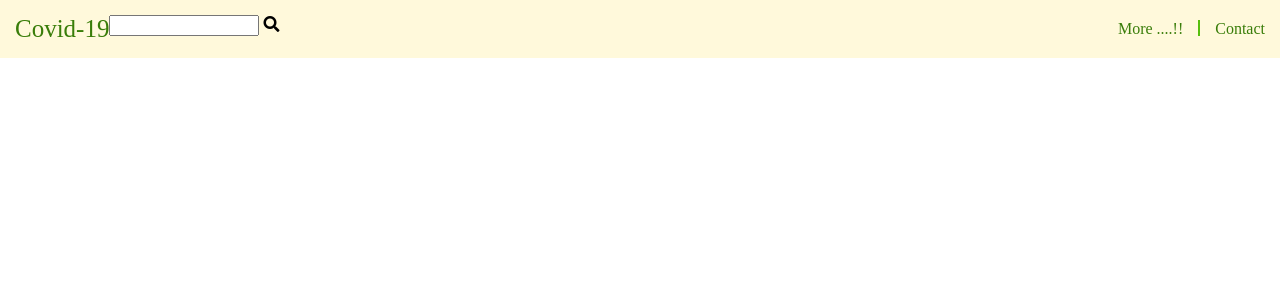
Repository: thuongton98/Covid
Page: html-css-js/index.html
The author's editor kept a copy of each file at every save. The page is drawn from the files as they stood at one save, then again after the next save.
The browser window is 1280 px wide. The pictures show the whole page.

Above is the page before, as saved 2021-07-01 09:08:01.

After the next save:
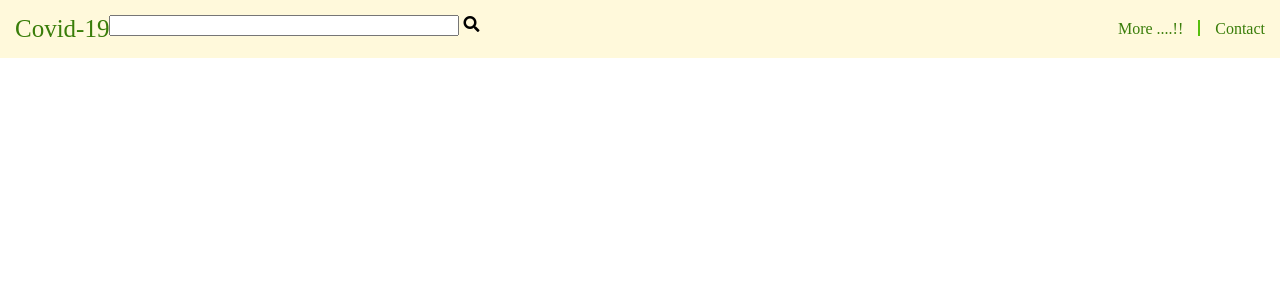
Saved 4 s later.
--- a/html-css-js/styles.css
+++ b/html-css-js/styles.css
@@ -60,5 +60,5 @@ nav .icon .icon-i{
 
 nav .icon .icon-search input{
    padding: 1px;
-   width: 150px;
+   width: 350px;
 }
